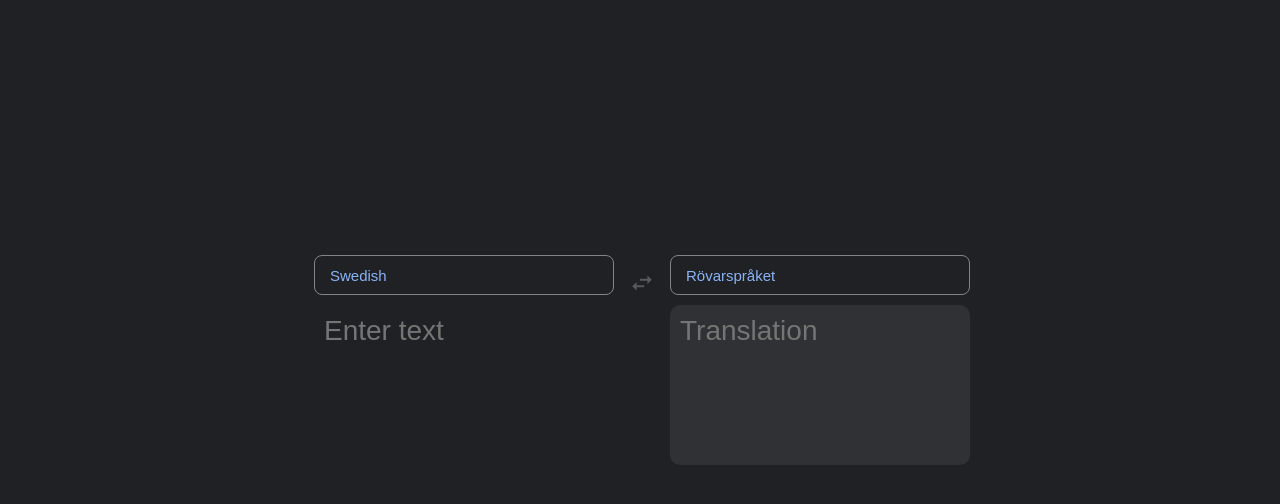
Repository: ShamroOoz/R-varspr-ket-Translator
Page: /
The author's editor kept a copy of each file at every save. The page is drawn from the files as they stood at one save, then again after the next save.
The browser window is 1280 px wide. The pictures show the whole page.
The project was rebuilt for these pictures with package versions that can differ from the ones it lists, and the page was loaded fresh each time.

Above is the page before, as saved 2022-05-17 23:47:54.

### public/index.html
<!DOCTYPE html>
<html lang="en">
  <head>
    <meta charset="utf-8" />
    <link rel="icon" href="%PUBLIC_URL%/favicon.ico" />
    <meta name="viewport" content="width=device-width, initial-scale=1" />
    <meta name="theme-color" content="#000000" />
    <meta
      name="description"
      content="Web site created using create-react-app"
    />
    <link rel="apple-touch-icon" href="%PUBLIC_URL%/logo192.png" />
    <!--
      manifest.json provides metadata used when your web app is installed on a
      user's mobile device or desktop. See https://developers.google.com/web/fundamentals/web-app-manifest/
    -->
    <link rel="manifest" href="%PUBLIC_URL%/manifest.json" />
    <!--
      Notice the use of %PUBLIC_URL% in the tags above.
      It will be replaced with the URL of the `public` folder during the build.
      Only files inside the `public` folder can be referenced from the HTML.

      Unlike "/favicon.ico" or "favicon.ico", "%PUBLIC_URL%/favicon.ico" will
      work correctly both with client-side routing and a non-root public URL.
      Learn how to configure a non-root public URL by running `npm run build`.
    -->
    <title>Översättare - Rövarspråket</title>
  </head>
  <body>
    <noscript>You need to enable JavaScript to run this app.</noscript>
    <div id="root"></div>
    <!--
      This HTML file is a template.
      If you open it directly in the browser, you will see an empty page.

      You can add webfonts, meta tags, or analytics to this file.
      The build step will place the bundled scripts into the <body> tag.

      To begin the development, run `npm start` or `yarn start`.
      To create a production bundle, use `npm run build` or `yarn build`.
    -->
  </body>
</html>

### src/index.css
* {
  font-family: arial, sans-serif;
}

body {
  margin: 0;
  background-color: #202124;
  display: flex;
  justify-content: center;
  height: 100vh;
  align-items: center;
}

.app {
  display: flex;
  width: 652px;
  height: 210px;
  border-radius: 4px;
  margin: 10px;
}

.output,
.input {
  display: flex;
  flex-direction: column;
  width: 300px;
}

textarea {
  background-color: transparent;
  color: #bdc1c6;
  border: none;
  resize: none;
  padding: 10px;
  width: 280px !important;
  height: 146px;
  border-radius: 10px;
  outline: none;
  overflow: auto;
  font-size: 28px;
  margin-top: 10px;
}

.output textarea {
  background-color: #303134;
}

.arrow-container {
  padding: 15px;
  cursor: pointer;
}
.arrow-container svg:hover {
  fill: #fff;
}

.arrow-container svg {
  width: 26px;
  height: 26px;
  fill: #5a5a5d;
}

input {
  border: 1px solid #818588;
  border-radius: 8px;
  box-sizing: border-box;
  color: #bdc1c6;
  font-size: 14px;
  height: 40px;
  background-color: transparent;
  width: 100%;
}

.select-drop-down input {
  color: #8ab4f8;
  padding: 5px 15px;
  font-size: 15px;
}

.input .delete {
  position: relative;
  left: 260px;
  top: -110px;
  font-size: 50px;
  color: #bdc1c6;
  cursor: pointer;
}
.input .delete:hover {
  color: #8ab4f8;
}

### src/App.js
/* eslint-disable react/style-prop-object */
import { useState, useEffect, useMemo } from "react";
import TextBox from "./components/TextBox";
import Arrows from "./components/Arrows";

function App() {
  const [inputLanguage, setInputLanguage] = useState("Swedish");
  const [outputLanguage, setOutputLanguage] = useState("Rövarspråket");
  const [textToTranslate, setTextToTranslate] = useState("");
  const [translatedText, setTranslatedText] = useState("");

  useEffect(() => {
    if (textToTranslate) {
      setTranslatedText(
        outputLanguage === "Rövarspråket" ? encoded() : decoded()
      );
    }
    // eslint-disable-next-line react-hooks/exhaustive-deps
  }, [textToTranslate]);

  const encoded = useMemo(
    () => () => {
      let consonants = "BbCcDdFfGgHhJjKkLlMmNnPpQqRrSsTtVvWwXxYyZz";
      let new_word = [];
      for (let x of textToTranslate) {
        consonants.includes(x) ? new_word.push(x + "o" + x) : new_word.push(x);
      }
      return new_word.join("");
    },
    [textToTranslate]
  );

  const decoded = useMemo(
    () => () => {
      let consonants = "BbCcDdFfGgHhJjKkLlMmNnPpQqRrSsTtVvWwXxYyZz";
      let new_word = "";
      let index = 0;
      while (index < textToTranslate.length) {
        new_word += textToTranslate[index];
        consonants.includes(textToTranslate[index])
          ? (index += 3)
          : (index += 1);
      }
      return new_word;
    },
    [textToTranslate]
  );

  const handleClick = () => {
    setInputLanguage(outputLanguage);
    setOutputLanguage(inputLanguage);
    if (textToTranslate && translatedText) {
      setTextToTranslate(translatedText);
    }
  };

  return (
    <div className="app">
      <TextBox
        style="input"
        selectedLanguage={inputLanguage}
        setTextToTranslate={setTextToTranslate}
        textToTranslate={textToTranslate}
        setTranslatedText={setTranslatedText}
      />
      <div className="arrow-container" onClick={handleClick}>
        <Arrows />
      </div>
      <TextBox
        style="output"
        selectedLanguage={outputLanguage}
        translatedText={translatedText}
      />
    </div>
  );
}

export default App;

### src/components/TextBox.js
import SelectDropDown from "./SelectDropDown";

const TextBox = ({
  style,
  selectedLanguage,
  setTextToTranslate,
  textToTranslate,
  translatedText,
  setTranslatedText,
}) => {
  const handleClick = () => {
    setTextToTranslate("");
    setTranslatedText("");
  };
  return (
    <div className={style}>
      <SelectDropDown selectedLanguage={selectedLanguage} />
      <textarea
        disabled={style === "output"}
        className={style}
        placeholder={style === "input" ? "Enter text" : "Translation"}
        onChange={(e) => setTextToTranslate(e.target.value)}
        value={style === "input" ? textToTranslate : translatedText}
      />
      {style === "input" && textToTranslate && (
        <div className="delete" onClick={handleClick}>
          ˟
        </div>
      )}
    </div>
  );
};

export default TextBox;

### src/components/Arrows.js
const Arrows = () => {
  return (
    <svg
      focusable="false"
      xmlns="http://www.w3.org/2000/svg"
      viewBox="0 0 24 24"
    >
      <path d="M6.99 11L3 15l3.99 4v-3H14v-2H6.99v-3zM21 9l-3.99-4v3H10v2h7.01v3L21 9z"></path>
    </svg>
  );
};

export default Arrows;

### src/components/SelectDropDown.js
const SelectDropDown = ({ selectedLanguage }) => {
  return (
    <div className="select-drop-down">
      <input value={selectedLanguage} />
    </div>
  );
};

export default SelectDropDown;

Loaded but not shown: src/index.js (common file)

After the next save:
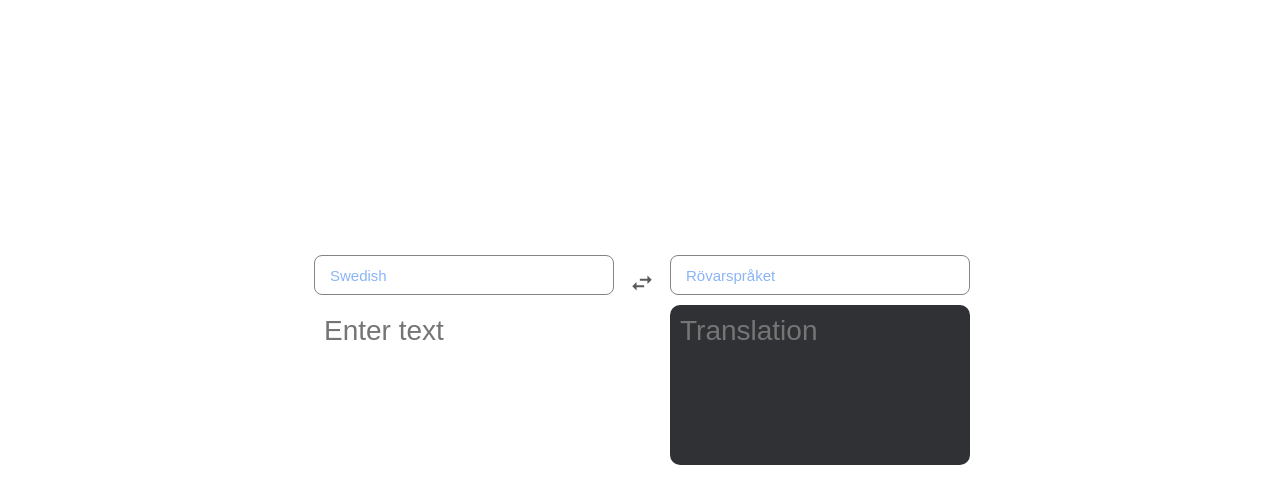
Saved 15 s later.
--- a/src/index.css
+++ b/src/index.css
@@ -4,7 +4,7 @@
 
 body {
   margin: 0;
-  background-color: #202124;
+
   display: flex;
   justify-content: center;
   height: 100vh;

After the save that followed:
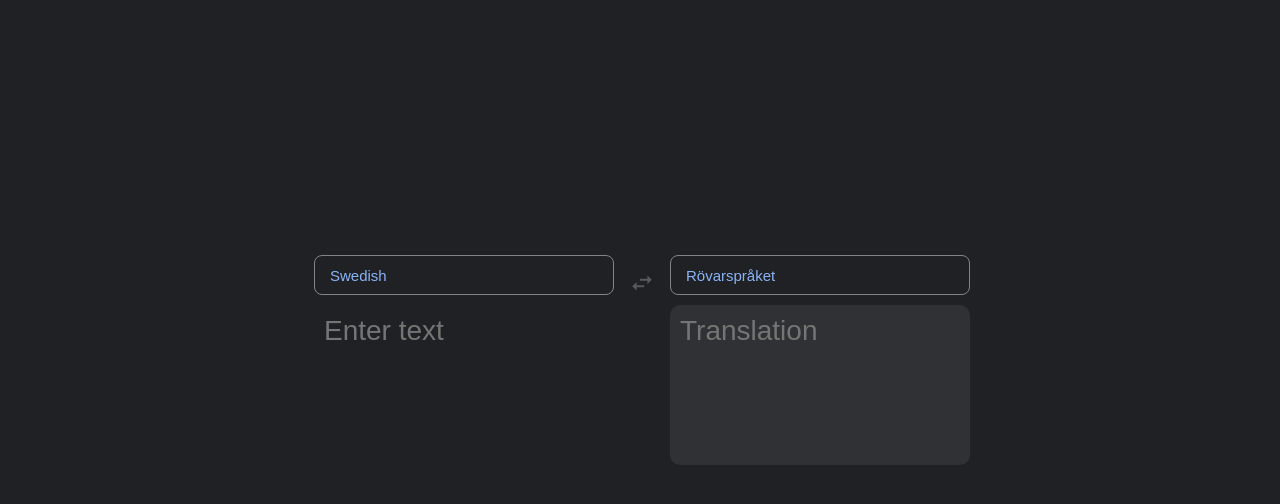
Saved 14 s later.
--- a/src/index.css
+++ b/src/index.css
@@ -4,7 +4,7 @@
 
 body {
   margin: 0;
-
+  background-color: #202124;
   display: flex;
   justify-content: center;
   height: 100vh;
